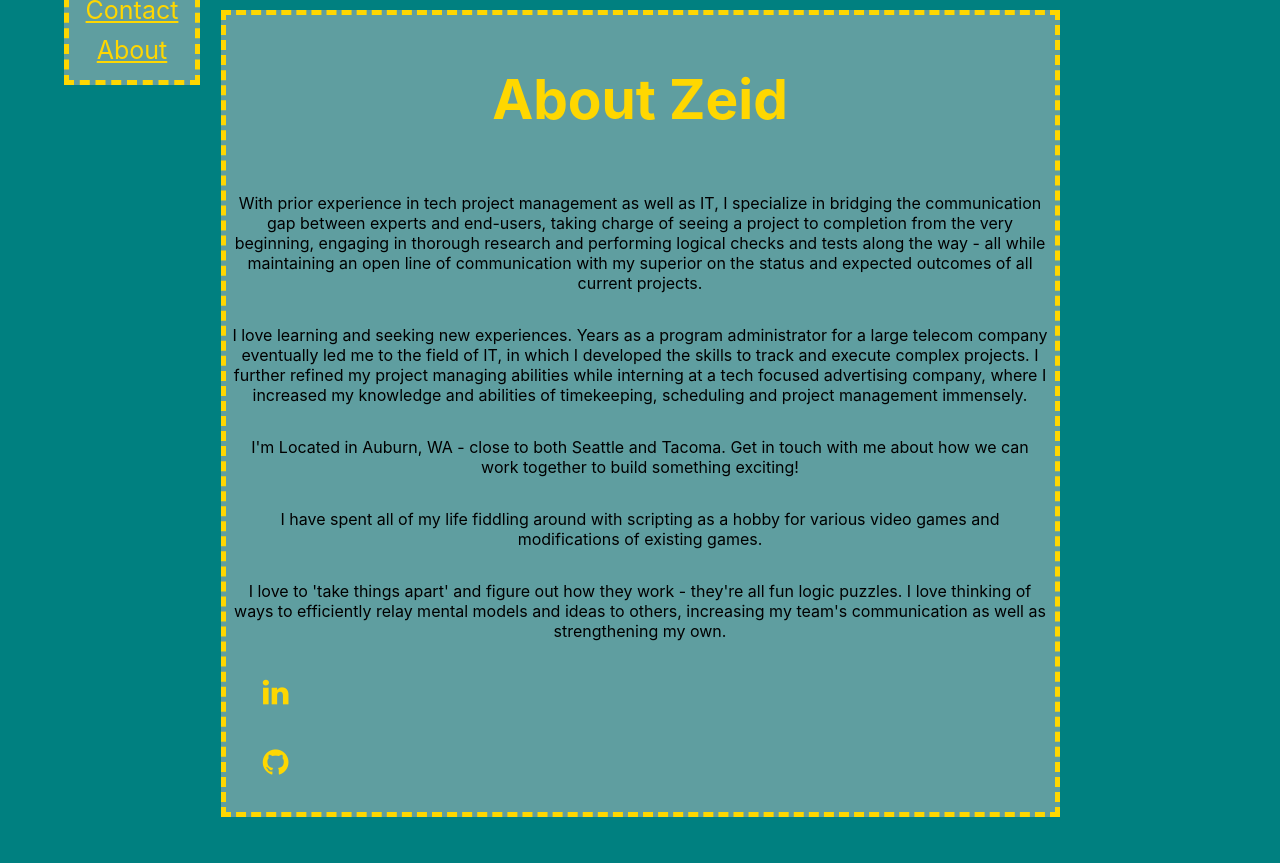
Repository: zeidalidiez/portfolioreact
Page: /About
The author's editor kept a copy of each file at every save. The page is drawn from the files as they stood at one save, then again after the next save.
The browser window is 1280 px wide. The pictures show the whole page.
The project was rebuilt for these pictures with package versions that can differ from the ones it lists, and the page was loaded fresh each time. Also part of the build but not shown: src/components/Thumbnail.js, src/components/Projects.js, src/components/Contact.js.

Above is the page before, as saved 2021-02-08 18:55:40.

### public/index.html
<!DOCTYPE html>
<html lang="en">
  <head>
    <meta charset="utf-8" />
    <link href="data:[embedded picture, 289 characters]" rel="icon" type="image/x-icon" />    <meta name="viewport" content="width=device-width, initial-scale=1" />
    <link rel="stylesheet" href="https://cdnjs.cloudflare.com/ajax/libs/font-awesome/4.7.0/css/font-awesome.min.css">
    <meta name="theme-color" content="#000000" />
    <meta
      name="description"
      content="Web site created using create-react-app"
    />    <!--
      manifest.json provides metadata used when your web app is installed on a
      user's mobile device or desktop. See https://developers.google.com/web/fundamentals/web-app-manifest/
    -->
    <link rel="manifest" href="%PUBLIC_URL%/manifest.json" />
    <!--
      Notice the use of %PUBLIC_URL% in the tags above.
      It will be replaced with the URL of the `public` folder during the build.
      Only files inside the `public` folder can be referenced from the HTML.

      Unlike "/favicon.ico" or "favicon.ico", "%PUBLIC_URL%/favicon.ico" will
      work correctly both with client-side routing and a non-root public URL.
      Learn how to configure a non-root public URL by running `npm run build`.
    -->
    <title>Zeid Diez - Portfolio</title>
  </head>
  <body>
    <noscript>You need to enable JavaScript to run this app.</noscript>
    <div id="root"></div>
    <!--
      This HTML file is a template.
      If you open it directly in the browser, you will see an empty page.

      You can add webfonts, meta tags, or analytics to this file.
      The build step will place the bundled scripts into the <body> tag.

      To begin the development, run `npm start` or `yarn start`.
      To create a production bundle, use `npm run build` or `yarn build`.
    -->
  </body>
</html>

### src/index.js
import React from 'react';
import ReactDOM from 'react-dom';
import './index.css';
import App from './components/App';
import reportWebVitals from './reportWebVitals';

ReactDOM.render(
  <React.StrictMode>
  <App />
  </React.StrictMode>,
  document.getElementById('root')
);

// If you want to start measuring performance in your app, pass a function
// to log results (for example: reportWebVitals(console.log))
// or send to an analytics endpoint. Learn more: https://bit.ly/CRA-vitals
reportWebVitals();

### src/components/App.js
// App.jsx

import React from 'react';
import logo from './logo.svg';
// Import the BrowserRouter, Route and Link components
import {Route, BrowserRouter as Router, Link} from "react-router-dom";
import Projects from './Projects.js';
import Contact from './Contact.js';
import About from './About.js';
import './App.css';

function App() {
  return (
    <header>
    <Router>
      <div className="App">
        <Route exact path="/Projects" component={Projects} />
        <Route exact path="/Contact" component={Contact} />
        <Route exact path="/About" component={About} />
        <Route exact path="/" component={About} />
  <nav>
        <div className="navigation">
          <div className="navigation-sub">
            <Link to="/Projects" className="item">Projects</Link>
            <Link to="/Contact" className="item">Contact</Link>
            <Link to="/About" className="item">About</Link>

          </div>
        </div>
        </nav>
      </div>
    </Router>
    <menu>

</menu>
    </header>


  );
}

export default App;

### src/components/About.js
import React from "react"

function About(props) {
  return (
    <div className="aboutDiv">
      <h2>About Zeid</h2>
      <p>With prior experience in tech project management as well as IT, I specialize in bridging the communication gap between experts and end-users, taking charge of seeing a project to completion from the very beginning, engaging in thorough research and performing logical checks and tests along the way - all while maintaining an open line of communication with my superior on the status and expected outcomes of all current projects. </p>
      <p>I love learning and seeking new experiences. Years as a program administrator for a large telecom company eventually led me to the field of IT, in which I developed the skills to track and execute complex projects. I further refined my project managing abilities while interning at a tech focused advertising company, where I increased my knowledge and abilities of timekeeping, scheduling and project management immensely.</p>
      <p>I'm Located in Auburn, WA - close to both Seattle and Tacoma. Get in touch with me about how we can work together to build something exciting! </p>
      <p>I have spent all of my life fiddling around with scripting as a hobby for various video games and modifications of existing games.</p>
      <p>I love to 'take things apart' and figure out how they work - they're all fun logic puzzles. I love thinking of ways to efficiently relay mental models and ideas to others, increasing my team's communication as well as strengthening my own.</p>

      <a href="https://www.linkedin.com/in/zeid-diez/" class="fa fa-linkedin"></a>
      <a href="https://github.com/zeidalidiez" class="fa fa-github"></a>
    </div>
  )
}

export default About;

### src/components/App.css

body {
  background-color: teal;
  display: grid;
}
div {
display: grid;
padding: 5px;
position: relative;
text-align: center;
padding-bottom: 15px;

}
 .projectDiv {
  background-color: cadetblue;
  width: 65%;
  justify-self: center;
  align-self: center;
  align-items: center;
  border: 5px dashed gold;
 }
h2 {
  color: Gold;
  font-size: 55px;
}

/* div.project {
  text-align: center;
  font-family: Georgia, "Times New Roman", Times, serif;
  font-style: italic;
  padding-bottom: 15px;
  border: 5px dashed gold;
  width: 80%;
  justify-self: center;
} */

div.project-title {
  position: relative;
  text-align: center;
  font-family: Georgia, "Times New Roman", Times, serif;
  font-style: italic;
  padding-bottom: 15px;

}

.navigation {
text-align: center;
align-self: center;
top: 0;
position: fixed;
  }

.navigation-sub {
padding: 10px;
text-align: center;
align-self: center;
bottom: auto;
left: 5%;
position: fixed;
border: 5px dashed gold;
background-color: cadetblue;
font-size: 25px;
}

a {
  display: grid;
padding: 5px;
text-align: center;
align-self: center;
}

img {
  display: block;
  margin-left: auto;
  margin-right: auto;
  width: 50%;
}


/* unvisited link */
a:link {
  color: gold;
}

/* visited link */
a:visited {
  color: rgb(255, 208, 0);
}

/* mouse over link */
a:hover {
  color: rgb(255, 174, 0);
}

/* selected link */
a:active {
  color: rgb(255, 0, 0);
}

.aboutDiv {
  background-color: cadetblue;
  width: 65%;
  justify-self: center;
  border: 5px dashed gold;

}

form {
  background-color: cadetblue;
  width: 65%;
  justify-self: center;
  padding-bottom: 60px;
  display: grid;
  border: 5px dashed gold;
}

.emailInput {
  width: 100%;
  padding: 12px 20px;
  margin: 8px 0;
  box-sizing: border-box;
}

.messageInput {
  width: 100%;
  box-sizing: border-box;
  height: 150px;
  border-radius: 4px;
  resize: none;
}

/* Style all font awesome icons */
.fa {
  padding: 20px;
  font-size: 30px;
  width: 50px;
  text-align: center;
  text-decoration: none;
}

/* Add a hover effect if you want */
.fa:hover {
  opacity: 0.7;
}

/* Set a specific color for each brand */

/* Facebook */
.fa-facebook {
  background: #3B5998;
  color: white;
}

/* Twitter */
.fa-twitter {
  background: #55ACEE;
  color: white;
}

@media screen and (max-width: 800px) {
  .navigation {
    text-align: center;
    align-self: center;
    top: 0;
    position: fixed;
      }

    .navigation-sub {
    padding: 10px;
    text-align: center;
    align-self: center;
    bottom: auto;
    left: 5%;
    position: fixed;
    border: 5px dashed gold;
    background-color: cadetblue;
    font-size: 10px;
    }
}

Loaded but not shown: src/index.css (common file); src/reportWebVitals.js (common file)

After the next save:
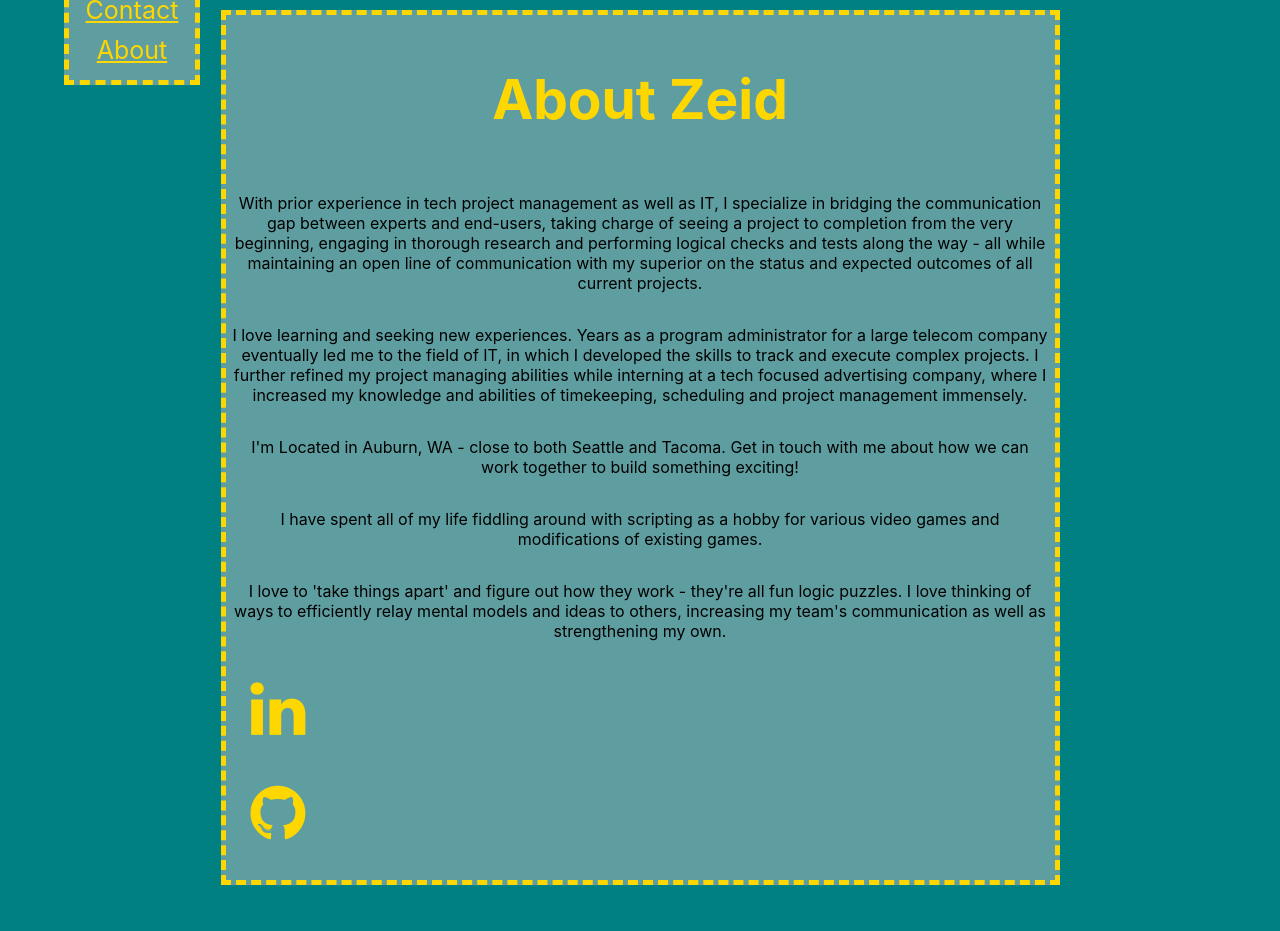
Saved 27 s later.
--- a/src/components/App.css
+++ b/src/components/App.css
@@ -132,7 +132,7 @@ form {
 /* Style all font awesome icons */
 .fa {
   padding: 20px;
-  font-size: 30px;
+  font-size: 64px;
   width: 50px;
   text-align: center;
   text-decoration: none;
